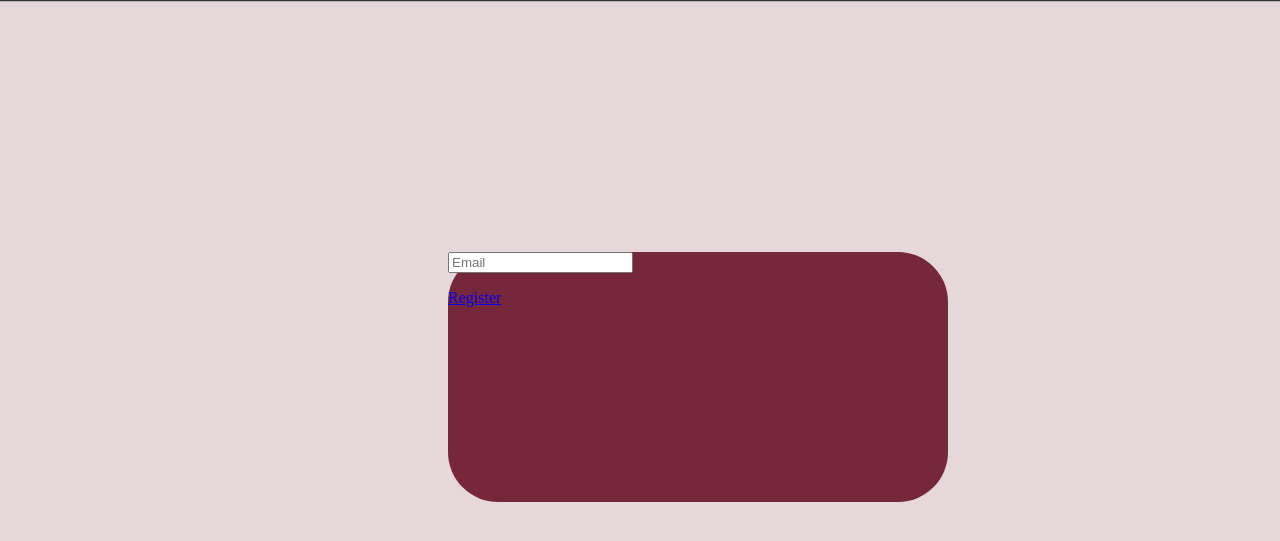
Repository: Kotya2001/FuzzyOps-App
Page: /login (app in frontend/my-app/)
These files come from the project's save history. The page is drawn as it stood at one moment and after the next save; the edit follows.
The browser window is 1280 px wide. The pictures show the whole page.
The project was rebuilt for these pictures with package versions that can differ from the ones it lists, and the page was loaded fresh each time. Also part of the build but not shown: frontend/my-app/src/pages/Item.js, frontend/my-app/src/pages/Base.js, frontend/my-app/src/pages/Resources.js, frontend/my-app/src/pages/Register.js.

Above is the page before, as saved 2022-09-18 17:40:47.

After the next save:
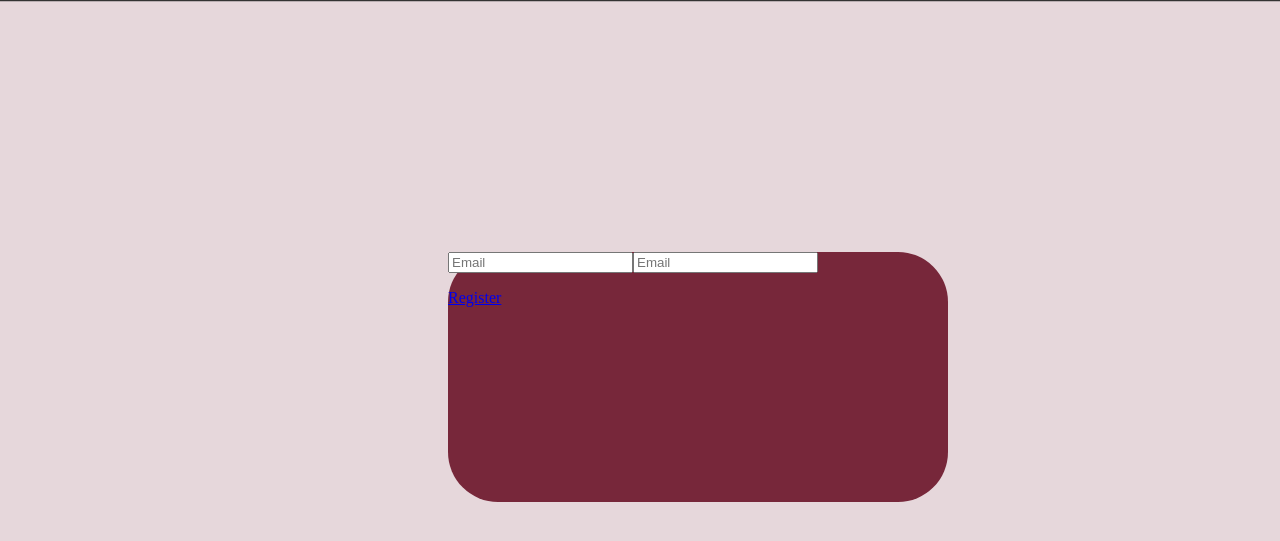
Saved 28 s later.
--- a/frontend/my-app/src/pages/Login.js
+++ b/frontend/my-app/src/pages/Login.js
@@ -8,7 +8,7 @@ export default class Login extends Component {
         return (
             <div className="inputForm">
                 <input type="text" placeholder="Email"/>
-
+                <input type="text" placeholder="Email"/>
                 <p>
                     <Link to='/register'>Register</Link>
                 </p>
